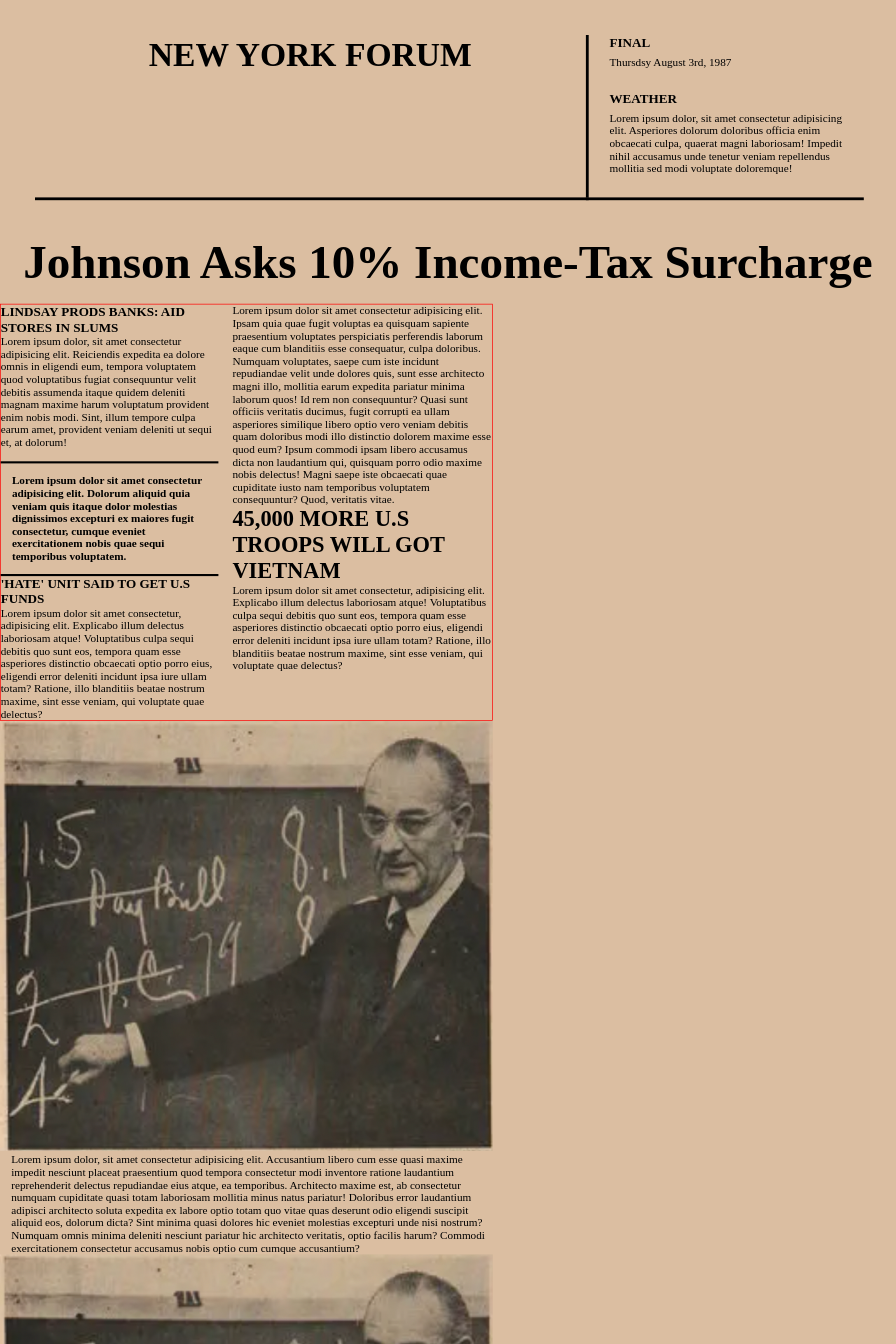
Repository: Arkitecth/newspaper-grid
Page: index.html
The author's editor kept a copy of each file at every save. The page is drawn from the files as they stood at one save, then again after the next save.
The browser window is 1280 px wide. The pictures show the part of the page from y = 0 to 1920 px (the page is 6362 px tall before and 5420 px after), at 70% of full size.

Above is the page before, as saved 2023-05-29 18:32:13.

### index.html
<!DOCTYPE html>
<html lang="en">
<head>
    <meta charset="UTF-8">
    <meta http-equiv="X-UA-Compatible" content="IE=edge">
    <meta name="viewport" content="width=device-width, initial-scale=1.0">
    <link rel="stylesheet" href="styles.css">
    <title>News Paper</title>
</head>
<body>
    <header id="header">
        <div>
            <h1>New York Forum</h1>
        </div>
        <div class="aside">
            <h3>Final</h3>
            <p>Thursdsy August 3rd, 1987</p>

            <h3>Weather</h3>
            <p>Lorem ipsum dolor, sit amet consectetur adipisicing elit. Asperiores dolorum doloribus officia enim obcaecati culpa, quaerat magni laboriosam! Impedit nihil accusamus unde tenetur veniam repellendus mollitia sed modi voluptate doloremque!</p>
        </div>
        <div class="divider"></div>
        <div class="divider"></div>
    </header>
    <main>
        <h2>Johnson Asks 10% Income-Tax Surcharge</h2>
        <div class="main-grid">
            <div class="first-row">
                <div class="sub-grid">
                    <div class="left">
                        <h3>Lindsay Prods Banks: Aid Stores in Slums</h3>
                        <p>Lorem ipsum dolor, sit amet consectetur adipisicing elit. Reiciendis expedita ea dolore omnis in eligendi eum, tempora voluptatem quod voluptatibus fugiat consequuntur velit debitis assumenda itaque quidem deleniti magnam maxime harum voluptatum provident enim nobis modi. Sint, illum tempore culpa earum amet, provident veniam deleniti ut sequi et, at dolorum!</p>
                        <br>
                        <p class="highlight">Lorem ipsum dolor sit amet consectetur adipisicing elit. Dolorum aliquid quia veniam quis itaque dolor molestias dignissimos excepturi ex maiores fugit consectetur, cumque eveniet exercitationem nobis quae sequi temporibus voluptatem.</p>
                        <h3>'Hate' Unit Said to Get U.S Funds</h3>
                        <p>Lorem ipsum dolor sit amet consectetur, adipisicing elit. Explicabo illum delectus laboriosam atque! Voluptatibus culpa sequi debitis quo sunt eos, tempora quam esse asperiores distinctio obcaecati optio porro eius, eligendi error deleniti incidunt ipsa iure ullam totam? Ratione, illo blanditiis beatae nostrum maxime, sint esse veniam, qui voluptate quae delectus?</p>
                    </div>
                    <div class="right">
                        <p>Lorem ipsum dolor sit amet consectetur adipisicing elit. Ipsam quia quae fugit voluptas ea quisquam sapiente praesentium voluptates perspiciatis perferendis laborum eaque cum blanditiis esse consequatur, culpa doloribus. Numquam voluptates, saepe cum iste incidunt repudiandae velit unde dolores quis, sunt esse architecto magni illo, mollitia earum expedita pariatur minima laborum quos! Id rem non consequuntur? Quasi sunt officiis veritatis ducimus, fugit corrupti ea ullam asperiores similique libero optio vero veniam debitis quam doloribus modi illo distinctio dolorem maxime esse quod eum? Ipsum commodi ipsam libero accusamus dicta non laudantium qui, quisquam porro odio maxime nobis delectus! Magni saepe iste obcaecati quae cupiditate iusto nam temporibus voluptatem consequuntur? Quod, veritatis vitae.</p>
                        <h3>45,000 More U.S Troops Will got Vietnam</h3>
                        <p>Lorem ipsum dolor sit amet consectetur, adipisicing elit. Explicabo illum delectus laboriosam atque! Voluptatibus culpa sequi debitis quo sunt eos, tempora quam esse asperiores distinctio obcaecati optio porro eius, eligendi error deleniti incidunt ipsa iure ullam totam? Ratione, illo blanditiis beatae nostrum maxime, sint esse veniam, qui voluptate quae delectus?</p>
                    </div>
                </div>

                <div class="middle-content">
                    <img src="assets/teacher.png" alt="teacher teaching stuff">
                </div>

                <div class="right-content">
                    <p>Lorem ipsum dolor, sit amet consectetur adipisicing elit. Accusantium libero cum esse quasi maxime impedit nesciunt placeat praesentium quod tempora consectetur modi inventore ratione laudantium reprehenderit delectus repudiandae eius atque, ea temporibus. Architecto maxime est, ab consectetur numquam cupiditate quasi totam laboriosam mollitia minus natus pariatur! Doloribus error laudantium adipisci architecto soluta expedita ex labore optio totam quo vitae quas deserunt odio eligendi suscipit aliquid eos, dolorum dicta? Sint minima quasi dolores hic eveniet molestias excepturi unde nisi nostrum? Numquam omnis minima deleniti nesciunt pariatur hic architecto veritatis, optio facilis harum? Commodi exercitationem consectetur accusamus nobis optio cum cumque accusantium?</p>
                </div>


            <div class="second-row">
                <img src="assets/teacher.png" alt="teacher teaching stuff">
            </div>

            <div class="third-row">
            </div>


            </div>

        </div>
    </main>

</body>
</html>

### styles.css
* {
    padding: 0;
    margin: 0;
}

body {
    background-color: #dbbea1;
    max-width: 1500px;
}

h1,h3 {
    text-transform: uppercase;
}
#header {
    padding: 3.125rem;
    display: grid;
    grid-template-columns: 2fr 1fr;
}


#header h1 {
    text-align: center;
    font-size: 3rem;
}

h2 {
    text-align: center;
    width: 100%;
    font-size: 4.2rem;
}

.aside {
    border-left: 4px solid black;
    padding-left: 30px;
}

.aside p {
    padding-top: 0.5rem;
    margin-bottom: 2rem;
}

.divider {
    border: 2px solid black;
    width: 100%;
}

.main-grid{
    display: grid;
    grid-template-columns: 2fr 3fr 1fr;
    grid-template-rows: 1fr 1fr 1fr;
    padding-top: 20px;

}

.sub-grid {
    display: grid;
    grid-template-columns: 1fr 1fr;
    border: 1px solid red;
    gap: 20px;
}

.left-content h3 {
    font-size: 3rem;
    font-style: italic;
    border-top: 3px solid black;
    padding-bottom: 1rem;
    padding-top: 1rem;
    text-transform: capitalize;
}

.right {
    grid-column: 2 / span 4;
}


.right h3 {
    border: none;
    text-align: left;
    font-size: 2rem;

}



.left-content {
    padding-left: 1rem;
}

.right-content {
    padding-left: 1rem;
}

.highlight {
    font-weight: bold;
    border-top: 3px solid black;
    padding: 1rem;
    border-bottom: 3px solid black;
}

After the next save:
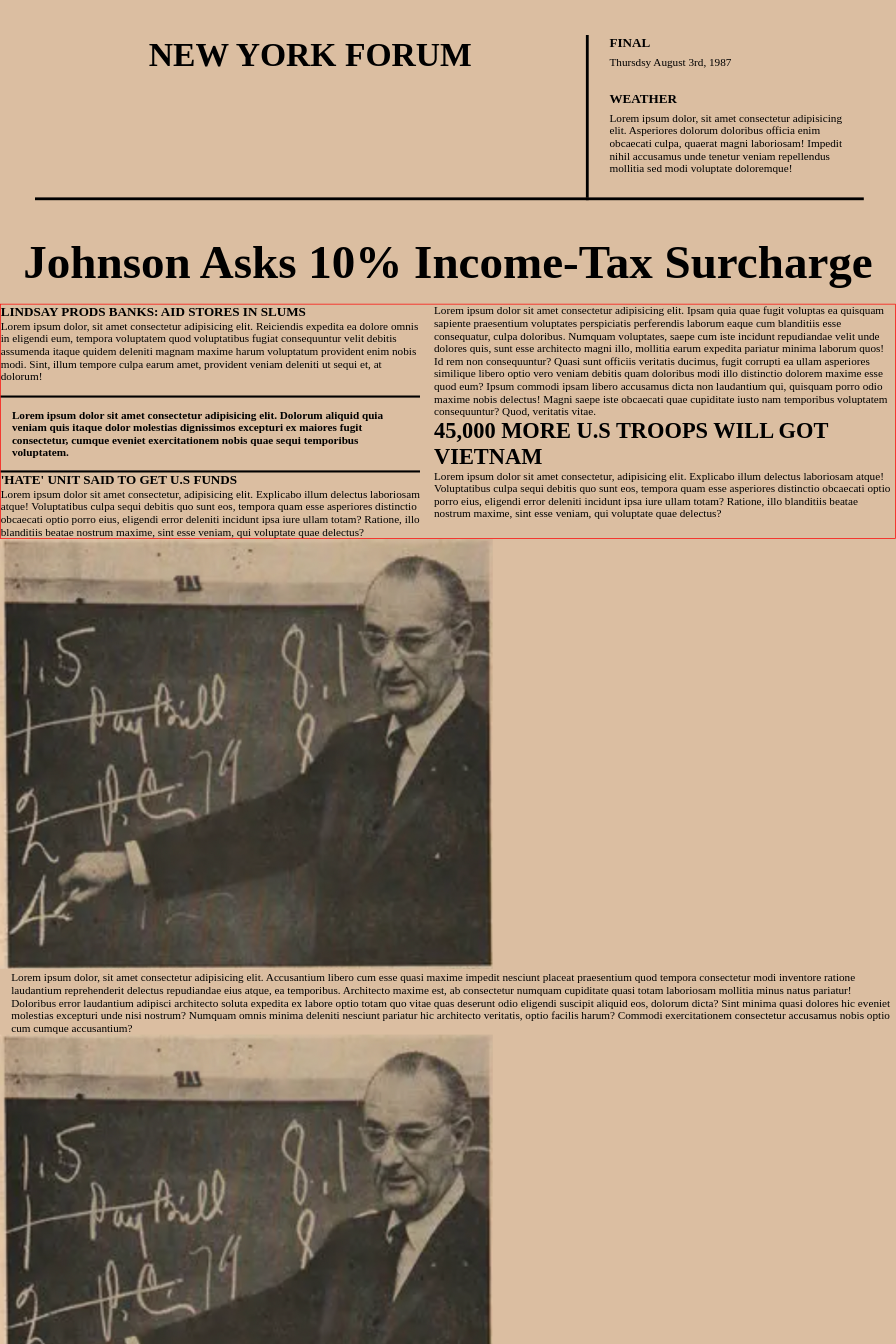
Saved 71 s later.
--- a/styles.css
+++ b/styles.css
@@ -46,7 +46,6 @@
 
 .main-grid{
     display: grid;
-    grid-template-columns: 2fr 3fr 1fr;
     grid-template-rows: 1fr 1fr 1fr;
     padding-top: 20px;
 
